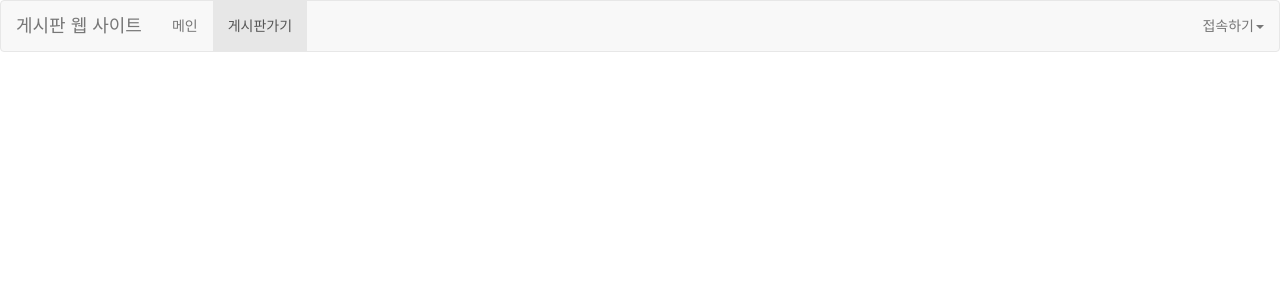
Repository: dbfjd01/save
Page: http://localhost/BBS/bbs.jsp
These files come from the project's save history. The page is drawn as it stood at one moment and after the next save; the edit follows.
The browser window is 1280 px wide. The pictures show the whole page.
Some web libraries are served in a nearby version. The page is served by Tomcat 9.

Above is the page before, as saved 2021-07-02 04:44:51.

After the next save:
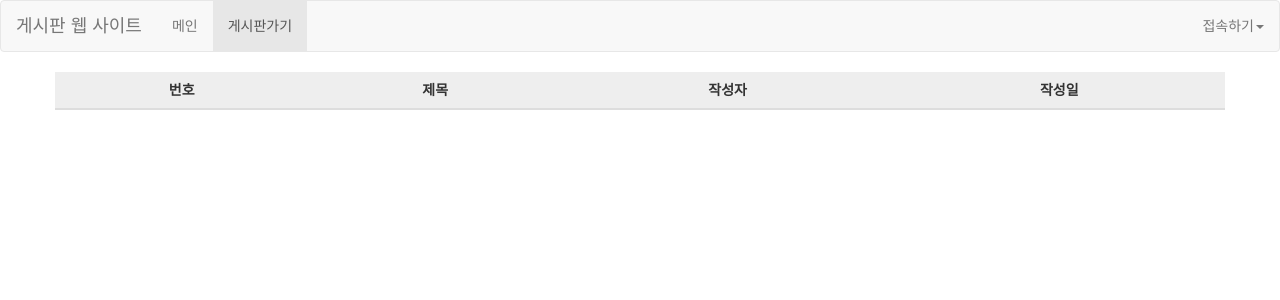
Saved 4 min 28 s later.
--- a/Test/BBS/src/main/webapp/bbs.jsp
+++ b/Test/BBS/src/main/webapp/bbs.jsp
@@ -74,6 +74,21 @@
 			%>
     	</div>
     </nav>
+	<!-- 게시판영역 -->
+	<div class="container">
+		<div class="row">
+			<table class="table table-striped" style="text-align: center: border: 1px solid#dddddd">
+				<thead>
+					<tr>
+						<th style="background-color: #eeeeee; text-align: center;">번호</th>
+						<th style="background-color: #eeeeee; text-align: center;">제목</th>
+						<th style="background-color: #eeeeee; text-align: center;">작성자</th>
+						<th style="background-color: #eeeeee; text-align: center;">작성일</th>
+					</tr>
+				</thead>
+			</table>
+		</div>
+	</div>
 
 <!-- 부트스트랩 참조 -->
 <script src="https://code.jquery.com/jquery-3.1.1.min.js"></script>
